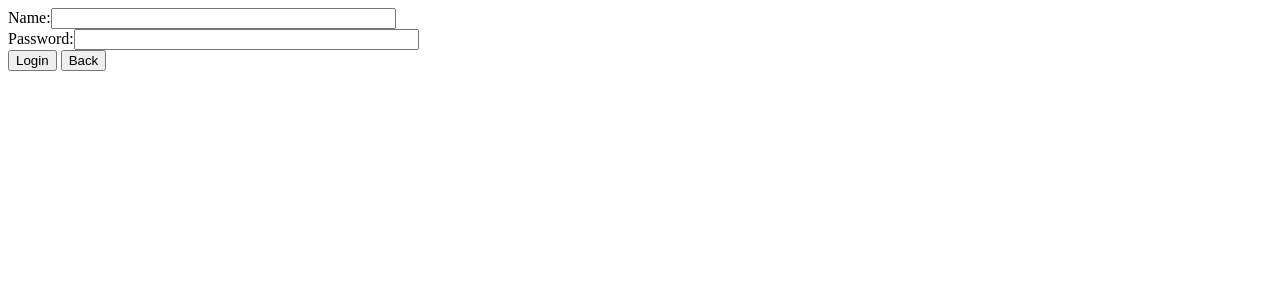
Repository: jeungmin717/BookStore
Page: BookStore/webProgramming/web01/WebContent/silsup/11.5.3.html
These files come from the project's save history. The page is drawn as it stood at one moment and after the next save; the edit follows.
The browser window is 1280 px wide. The pictures show the whole page.

Above is the page before, as saved 2017-05-31 13:11:06.

After the next save:
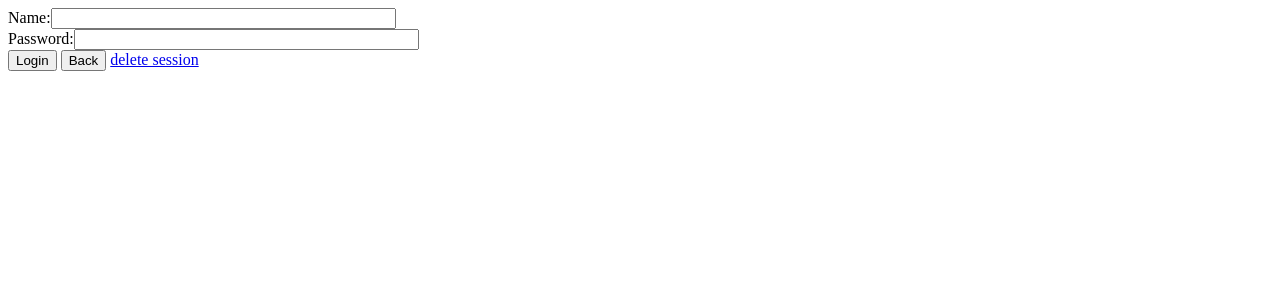
Saved 2 min 44 s later.
--- a/BookStore/webProgramming/web01/WebContent/silsup/11.5.3.html
+++ b/BookStore/webProgramming/web01/WebContent/silsup/11.5.3.html
@@ -12,7 +12,9 @@ Password:<input type = "password" name="pw" size="40"><br>
 <input type ="submit" value ="Login">
 <input type ="reset" value ="Back">
 
-
+<a href = "delete.jsp">
+delete session
+</a>
 </form>
 
 
